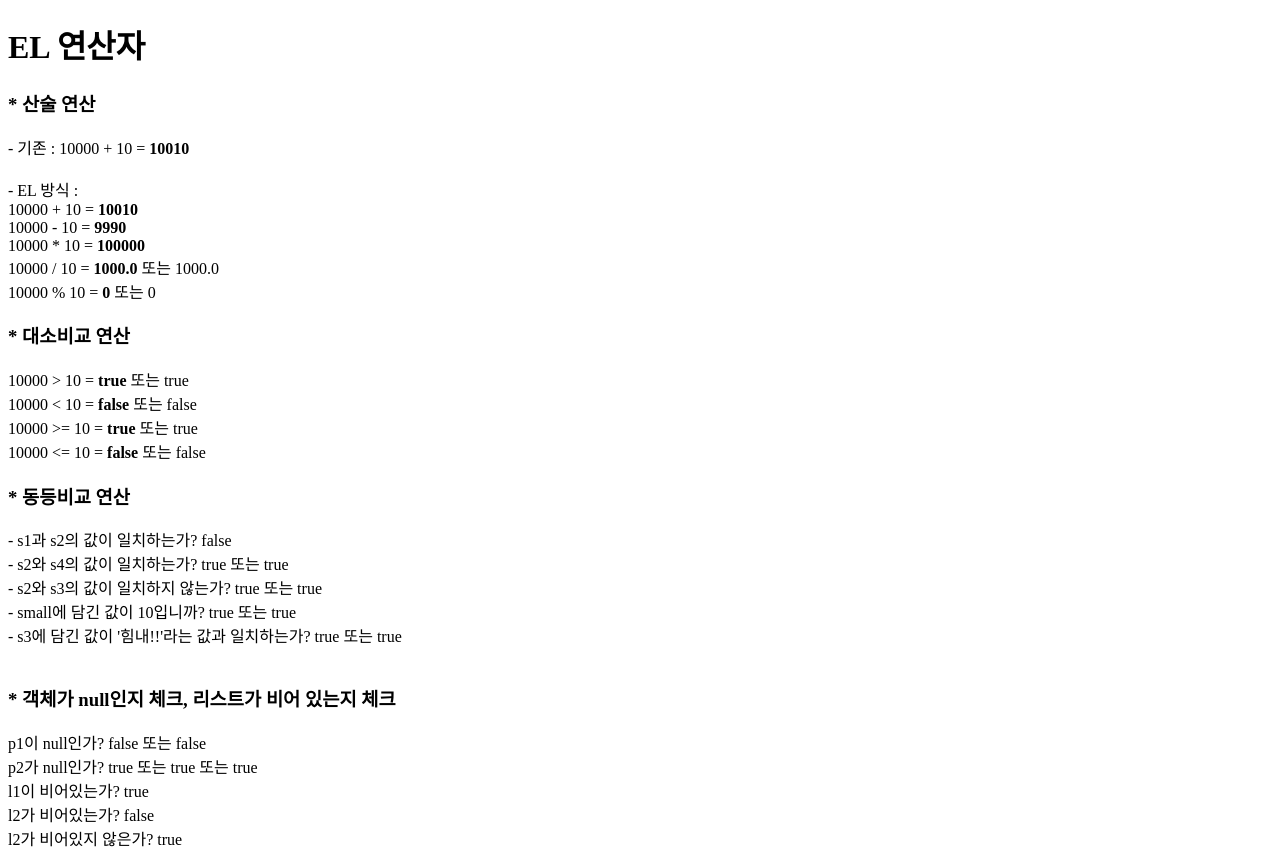
Repository: hailey-516/servlet
Page: http://localhost/3_elAction/operator.do
An editor plug-in stored every save of this project. The page is shown before and after the next save, followed by the edit.
The browser window is 1280 px wide. The pictures show the whole page.
The page is served by Tomcat 9. Other server files are loaded and not shown.

Above is the page before, as saved 2024-08-26 05:34:51.

### 3_elAction/src/main/webapp/views/1_EL/02_elOperator.jsp
<%@ page language="java" contentType="text/html; charset=UTF-8"
    pageEncoding="UTF-8"%>
<!DOCTYPE html>
<html>
<head>
<meta charset="UTF-8">
<title>EL 연산자</title>
</head>
<body>
	<h1>EL 연산자</h1>

	<h3>* 산술 연산</h3>
	- 기존 : 10000 + 10 = <b><%= (int)request.getAttribute("big") + (int)request.getAttribute("small") %></b>
	<br><br>

	- EL 방식 : <br>
	10000 + 10 = <b>${ big + small }</b> <br>
	10000 - 10 = <b>${ big - small }</b> <br>
	10000 * 10 = <b>${ big * small }</b> <br>
	10000 / 10 = <b>${ big / small }</b> 또는 ${ big div small } <br>
	10000 % 10 = <b>${ big % small }</b> 또는 ${ big mod small } <br>

	<h3>* 대소비교 연산</h3>
	10000 &gt; 10 = <b>${ big > small }</b> 또는 ${ big gt small } <br>
	10000 &lt; 10 = <b>${ big < small }</b> 또는 ${ big lt small } <br>
	10000 &gt;= 10 = <b>${ big >= small }</b> 또는 ${ big ge small} <br>
	10000 &lt;= 10 = <b>${ big <= small }</b> 또는 ${ big le small } <br>

	<h3>* 동등비교 연산</h3>
	<!--  EL에서는 문자열 동등비교가 자바에서의 equals와 같이 동작됨! -->
	- s1과 s2의 값이 일치하는가? ${ s1 == s2 } <br>
	- s2와 s4의 값이 일치하는가? ${ s2 == s4 } 또는 ${ s2 eq s4 }<br>

	- s2와 s3의 값이 일치하지 않는가? ${ s2 != s3 } 또는 ${ s2 ne s3 } <br>

	- small에 담긴 값이 10입니까? ${ small == 10 } 또는 ${ small eq 10 } <br>

	<!-- EL에서는 문자열 리터럴 표현 시 작은따옴표, 큰따옴표 상관없이 사용 가능 -->
	- s3에 담긴 값이 '힘내!!'라는 값과 일치하는가? ${ s3 == "힘내!!" } 또는 ${ s3 eq '힘내!!' } <br>
	<br>

	<h3>* 객체가 null인지 체크, 리스트가 비어 있는지 체크</h3>
	p1이 null인가? ${ p1 == null } 또는 ${ p1 eq null }<br>
	p2가 null인가? ${ p2 == null } 또는 ${ p2 eq null }  또는 ${ empty p2 }<br>

	l1이 비어있는가? ${ empty l1 } <br>
	l2가 비어있는가? ${ empty l2 } <br>
	l2가 비어있지 않은가? ${ not empty l2 }





</body>
</html>

### 3_elAction/src/main/java/com/kh/controller/OperatorServlet.java
package com.kh.controller;

import java.io.IOException;
import java.util.ArrayList;

import javax.servlet.ServletException;
import javax.servlet.annotation.WebServlet;
import javax.servlet.http.HttpServlet;
import javax.servlet.http.HttpServletRequest;
import javax.servlet.http.HttpServletResponse;

import com.kh.model.vo.Person;

/**
 * Servlet implementation class OperatorServlet
 */
@WebServlet("/operator.do")
public class OperatorServlet extends HttpServlet {
	private static final long serialVersionUID = 1L;

    /**
     * @see HttpServlet#HttpServlet()
     */
    public OperatorServlet() {
        super();
        // TODO Auto-generated constructor stub
    }

	/**
	 * @see HttpServlet#doGet(HttpServletRequest request, HttpServletResponse response)
	 */
	protected void doGet(HttpServletRequest request, HttpServletResponse response) throws ServletException, IOException {

		request.setAttribute("big", 10000);
		request.setAttribute("small", 10);

		request.setAttribute("s1", "배고파");
		request.setAttribute("s2", "");
		request.setAttribute("s3", "힘내!!");
		request.setAttribute("s4", "");

		request.setAttribute("p1", new Person("카리나", 25, "여자"));
		request.setAttribute("p2", null);

		ArrayList<String> list1 = new ArrayList<>();
		request.setAttribute("l1", list1);

		ArrayList<String> list2 = new ArrayList<>();
		list2.add("Drama");
		list2.add("Armageddon");
		request.setAttribute("l2", list2);

		request.getRequestDispatcher("views/1_EL/02_elOperator.jsp").forward(request, response);;
	}

	/**
	 * @see HttpServlet#doPost(HttpServletRequest request, HttpServletResponse response)
	 */
	protected void doPost(HttpServletRequest request, HttpServletResponse response) throws ServletException, IOException {
		// TODO Auto-generated method stub
		doGet(request, response);
	}

}

### 3_elAction/src/main/java/com/kh/model/vo/Person.java
package com.kh.model.vo;

public class Person {
	// 필드부 (변수)
	private String name;
	private int age;
	private String gender;

	// 생성자부
	public Person() {

	}

	public Person(String name, int age, String gender) {
		this.name = name;
		this.age = age;
		this.gender = gender;
	}

	// 메소드부
	// getter/setter
	public String getName() {
		return name;
	}

	public void setName(String name) {
		this.name = name;
	}

	public int getAge() {
		return age;
	}

	public void setAge(int age) {
		this.age = age;
	}

	public String getGender() {
		return gender;
	}

	public void setGender(String gender) {
		this.gender = gender;
	}

	// toString() => 필드부에 저장된 값들을 확인하는 용도
	@Override
	public String toString() {
		return "Person [name=" + name + ", age=" + age + ", gender=" + gender + "]";
	}

}

After the next save:
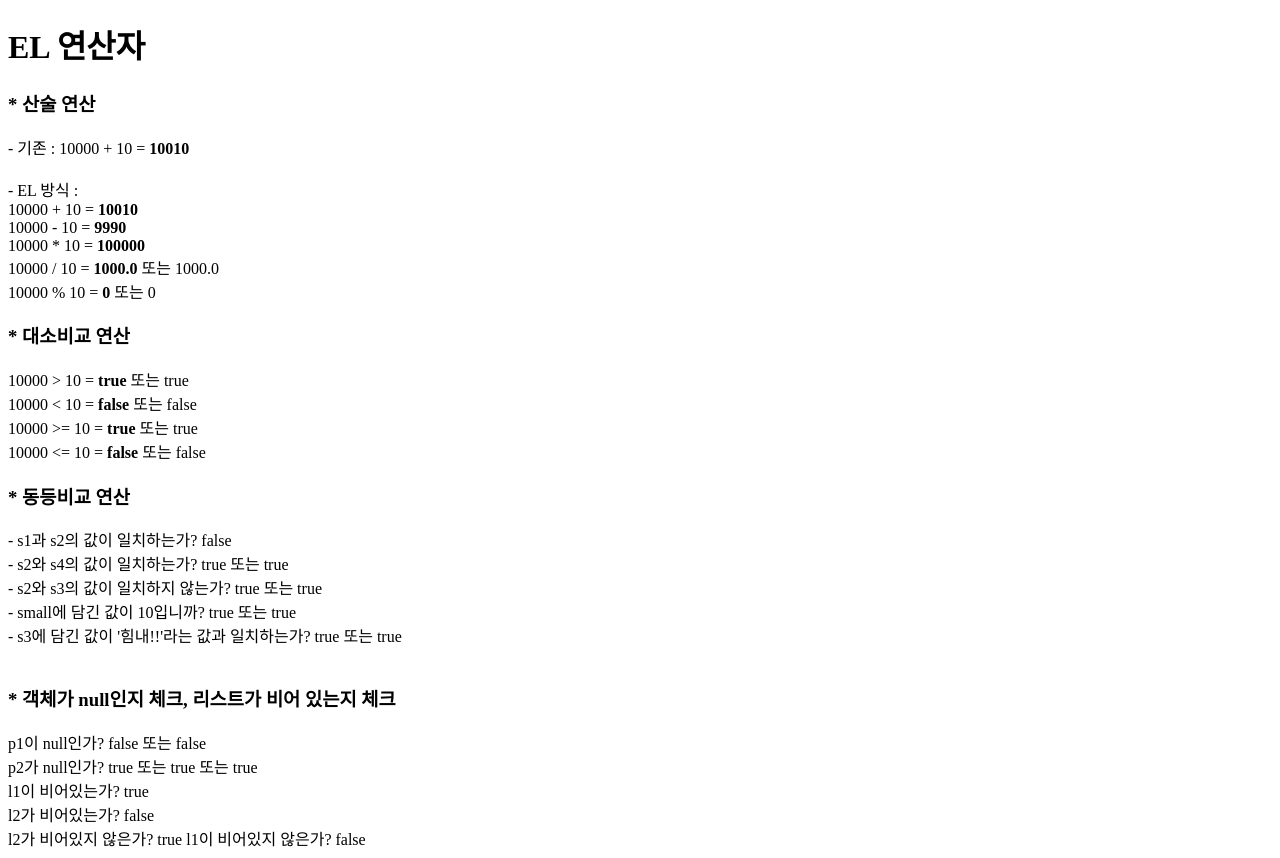
Saved 26 s later.
--- a/3_elAction/src/main/webapp/views/1_EL/02_elOperator.jsp
+++ b/3_elAction/src/main/webapp/views/1_EL/02_elOperator.jsp
@@ -46,7 +46,7 @@
 	l1이 비어있는가? ${ empty l1 } <br>
 	l2가 비어있는가? ${ empty l2 } <br>
 	l2가 비어있지 않은가? ${ not empty l2 }
-
+	l1이 비어있지 않은가? ${ not empty l1 }
 
 
 

After the save that followed:
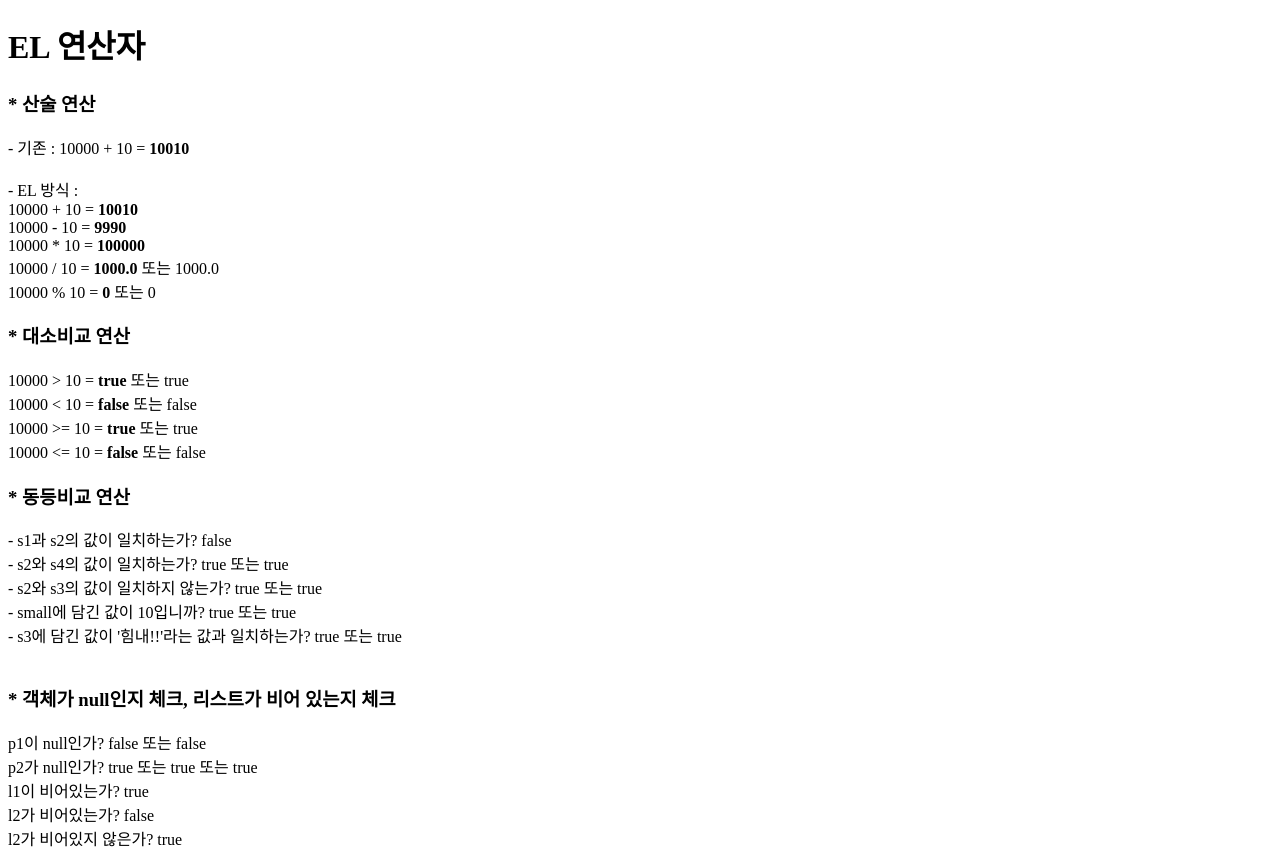
Saved 8 s later.
--- a/3_elAction/src/main/webapp/views/1_EL/02_elOperator.jsp
+++ b/3_elAction/src/main/webapp/views/1_EL/02_elOperator.jsp
@@ -46,7 +46,7 @@
 	l1이 비어있는가? ${ empty l1 } <br>
 	l2가 비어있는가? ${ empty l2 } <br>
 	l2가 비어있지 않은가? ${ not empty l2 }
-	l1이 비어있지 않은가? ${ not empty l1 }
+
 
 
 
